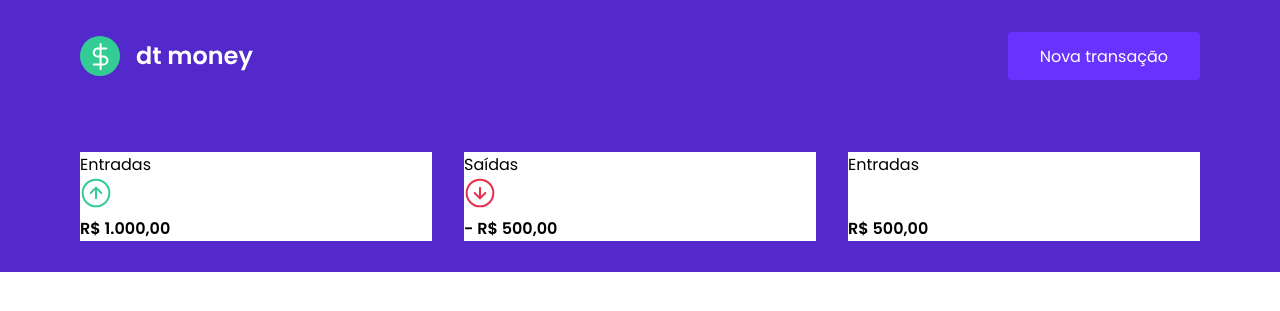
Repository: lucaslopesdevv/dtmoney
Page: /
These files come from the project's save history. The page is drawn as it stood at one moment and after a run of saves; the edit follows.
The browser window is 1280 px wide. The pictures show the whole page.
The project was rebuilt for these pictures with package versions that can differ from the ones it lists, and the page was loaded fresh each time.

Above is the page before, as saved 2021-12-06 21:13:22.

After the next 2 saves:
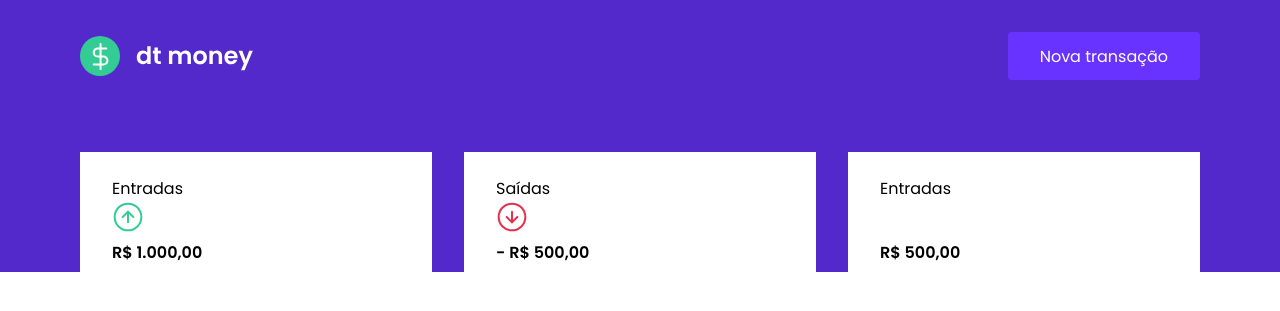
The 2 saves are shown as one change because they came seconds apart.
The last was saved 11 s later.
--- a/src/components/Summary/styles.ts
+++ b/src/components/Summary/styles.ts
@@ -8,5 +8,6 @@ export const Container = styled.div`
 
     div {
         background: var(--shape);
+        padding: 1.5rem 2rem;
     }
 `;
